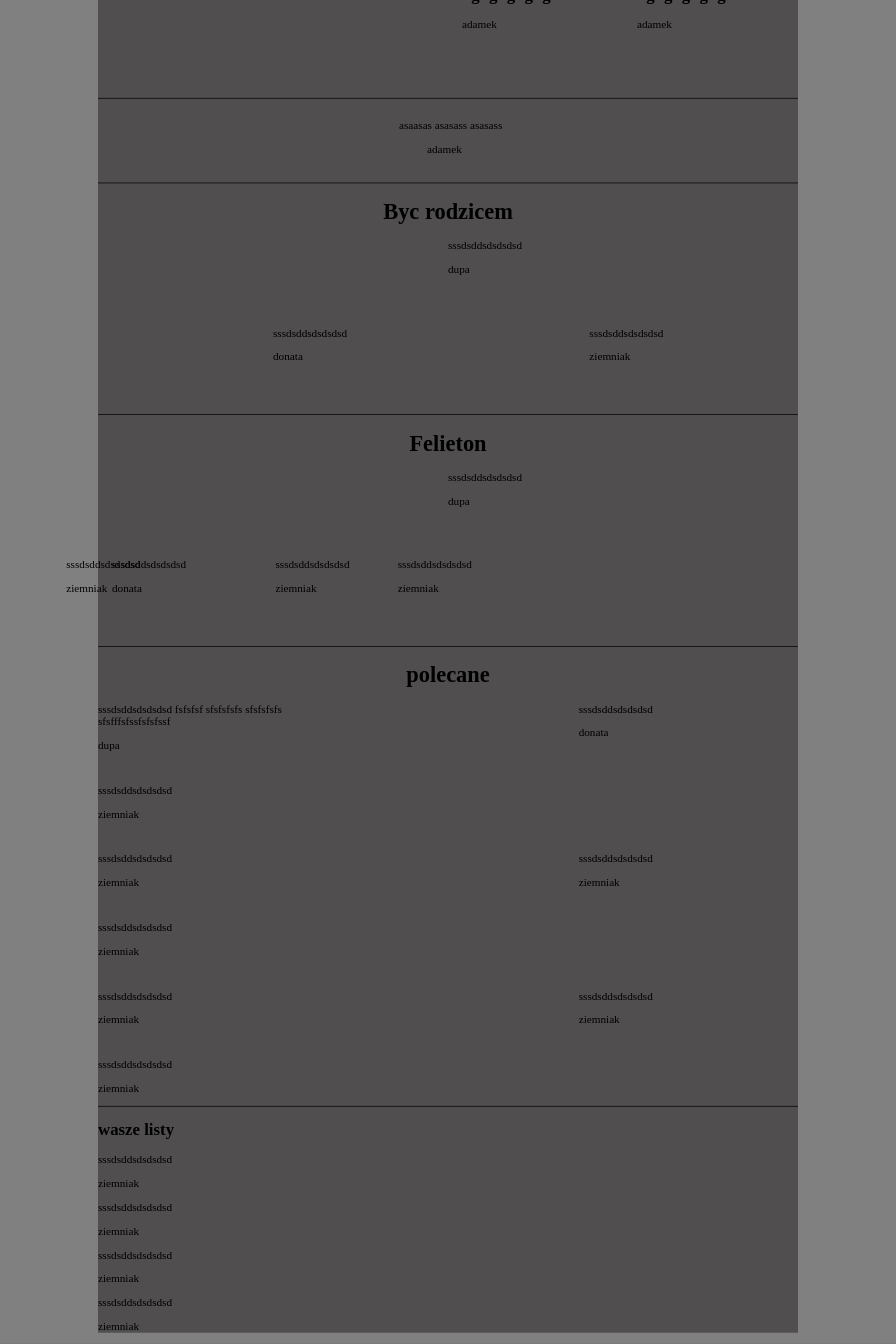
Repository: kq333/pitupitu.pl
Page: index.html
An editor plug-in stored every save of this project. The page is shown before and after the next save, followed by the edit.
The browser window is 1280 px wide. The pictures show the part of the page from y = 837 to 2757 px (the page is 2757 px tall before and 2657 px after), at 70% of full size.
The style sheet was rebuilt from its Sass, Less or Tailwind sources for each picture, by a compiler version that may differ from the author's.

Above is the page before, as saved 2020-11-04 11:22:22.

### index.html
<!DOCTYPE html>
<html lang="en">
<head>
    <meta charset="UTF-8">
    <meta name="viewport" content="width=device-width, initial-scale=1.0">
    <title>Document</title>
    <link rel="stylesheet" href="style/style.css">
</head>
<body>


<div id="container">
  <div id="content">
    <div id=bar>
        <ul class="ul_bar">Wyborcza
            <li>sdsd</li>
            <li>sdsd</li>
            <li>sdsd</li>
            <li>sdsd</li>
            <li>sdsd</li>
            <li>sdsd</li>
            <li>sdsd</li>
        </ul>
        <div class="loging">
            Logowanie
        </div>
    </div>
            <div id="logo"><p>Wysokie Obcasy</p>
                <ul class="ul_bar2">
                    <li>fdf</li>
                    <li>gccvcv</li>
                    <li>hghhgh</li>
                    <li>asaseerr</li>
                    <li>jljkj</li>
                    <li>wewewe</li>
                    <li>hghghh</li>
                </ul>


            </div>


           <div>

                <div class="block_1">
                    <div class="art1">
                        <article>
                        <h1>sdsdsddsdsd fdfdfdfdfdf gdgdgddg dgdgdgdgdgd</h1>


                            <p class="autor_name">adamek</p>
                        </article>
                    </div>

                    <div class="art2">
                            <article>
                                <h1>sdsdsddsdsd fdfdfdfdfdf gdgdgddg dgdgdgdgdgd</h1>


                                <p class="autor_name">adamek</p>
                            </article>
                     </div>
                     <div class="art3">
                            <article>
                                <h1>sdsdsddsdsd fdfdfdfdfdf gdgdgddg dgdgdgdgdgd</h1>


                                <p class="autor_name">adamek</p>
                            </article>
                      </div>
                      <div class="art4">
                            <article>
                                <h1>sdsdsddsdsd fdfdfdfdfdf gdgdgddg dgdgdgdgdgd</h1>


                                <p class="autor_name">adamek</p>
                            </article>
                       </div>
                            <div class="art5">
                                <article>
                                    <h1>sdsdsddsdsd fdfdfdfdfdf gdgdgddg dgdgdgdgdgd</h1>


                                    <p class="autor_name">adamek</p>
                                </article>
                            </div>
                                 <div class="art6">
                                    <article>
                                        <h1>sdsdsddsdsd fdfdfdfdfdf gdgdgddg dgdgdgdgdgd</h1>


                                        <p class="autor_name">adamek</p>
                                    </article>
                                 </div>
                                    <div class="art7">

                                        <article>
                                            <h1>sdsdsddsdsd fdfdfdfdfdf gdgdgddg dgdgdgdgdgd</h1>


                                            <p class="autor_name">adamek</p>
                                        </article>
                                    </div>

                                    <div class="art8">
                                            <article>
                                                <h1>sdsdsddsdsd fdfdfdfdfdf gdgdgddg dgdgdgdgdgd</h1>


                                                <p class="autor_name">adamek</p>
                                            </article>
                                    </div>
                                        <div class="art9">
                                                <article>

                                                    <h1>sdsdsddsdsd fdfdfdfdfdf gdgdgddg dgdgdgdgdgd</h1>


                                                    <p class="autor_name">adamek</p>
                                                </article>
                                        </div>
                </div>


                     <div class="quotes">
                         <p1>asaasas asasass asasass</p1>

                        <p class="autor_name">adamek</p>

                    </div>





                  <div class="section">
                    <header>
                        <h1>Byc rodzicem</h1>

                    </header>
                    </div>


                        <section class="family">


                                <div class="art10">
                                    <article> sssdsddsdsdsdsd
                                        <p class="autor_name">dupa</p>

                                    </article>

                                </div>
                                <div class="art11">
                                        <article> sssdsddsdsdsdsd
                                            <p class="autor_name">donata</p>

                                        </article>
                                </div>
                                    <div class="art12">
                                            <article> sssdsddsdsdsdsd
                                                <p class="autor_name">ziemniak</p>

                                            </article>
                                    </div>

                        </section>

                        <div class="section">
                        <header>
                            <h1>Felieton</h1>
                        </header>
                    </div>

                        <section class="column">

                            <div class="art13">
                                    <article> sssdsddsdsdsdsd
                                        <p class="autor_name">dupa</p>

                                    </article>

                            </div>
                                <div class="art14">
                                    <article> sssdsddsdsdsdsd
                                        <p class="autor_name">donata</p>

                                    </article>
                                </div>
                                     <div class="art15">
                                        <article> sssdsddsdsdsdsd
                                            <p class="autor_name">ziemniak</p>

                                        </article>
                                    </div>

                                        <div class="art16">
                                            <article> sssdsddsdsdsdsd
                                                <p class="autor_name">ziemniak</p>

                                            </article>
                                        </div>

                                        <div class="art17">
                                            <article> sssdsddsdsdsdsd
                                                <p class="autor_name">ziemniak</p>

                                            </article>
                                        </div>

                        </section>
                        <div class="section">
                        <header>
                            <h1>polecane</h1>

                        </header>
                    </div>

                            <section class="recommended">


                                    <div class="art18">
                                        <article> sssdsddsdsdsdsd
                                            fsfsfsf sfsfsfsfs sfsfsfsfs
                                            sfsfffsfssfsfsfssf
                                            <p class="autor_name">dupa</p>

                                        </article>
                                    </div>
                                        <div class="art19">
                                            <article> sssdsddsdsdsdsd
                                                <p class="autor_name">donata</p>

                                            </article>
                                        </div>
                                            <div class="art20">

                                                <article> sssdsddsdsdsdsd
                                                    <p class="autor_name">ziemniak</p>
                                                </article>
                                            </div>
                                                <div class="art21">
                                                    <article> sssdsddsdsdsdsd
                                                        <p class="autor_name">ziemniak</p>
                                                    </article>
                                                </div>
                                                    <div class="art22">
                                                        <article> sssdsddsdsdsdsd
                                                            <p class="autor_name">ziemniak</p>


                                                        </article>
                                                    </div>
                                                        <div class="art23">
                                                            <article> sssdsddsdsdsdsd
                                                                <p class="autor_name">ziemniak</p>


                                                            </article>
                                                        </div>

                                                            <div class="art24">
                                                                <article> sssdsddsdsdsdsd
                                                                    <p class="autor_name">ziemniak</p>


                                                                </article>
                                                            </div>
                                                                <div class="art25">
                                                                    <article> sssdsddsdsdsdsd
                                                                        <p class="autor_name">ziemniak</p>


                                                                    </article>
                                                                </div>
                                                                <div class="art26">
                                                            <article> sssdsddsdsdsdsd
                                                                <p class="autor_name">ziemniak</p>


                                                            </article>
                                                            </div>



                            </section>


                            <section>
                                <header>
                                    <h1>wasze listy</h1>

                                </header>

                                <article> sssdsddsdsdsdsd
                                    <p class="autor_name">ziemniak</p>


                                </article>

                                <article> sssdsddsdsdsdsd
                                    <p class="autor_name">ziemniak</p>


                                </article>

                                <article> sssdsddsdsdsdsd
                                    <p class="autor_name">ziemniak</p>


                                </article>

                                <article> sssdsddsdsdsdsd
                                    <p class="autor_name">ziemniak</p>


                                </article>


                            </section>

                            <footer>


                            </footer>



















































           </main>



  </div>




















</div>
</body>
</html>

### style/style.scss
body{
    background-color: grey;


}
#constainer{
    height: auto;
}

#content{
    margin:auto;
    background-color: rgb(80, 78, 78);
    width:1000px;

}


.ul_bar{
    width:960px;
    height: 40px;
    border-bottom: 1px solid black;


    li{
        list-style-type: none;
    }


}

#bar{
    display:grid;
    grid-template-columns: auto auto;
    width:1000px;



}

#logo{
    border-bottom: 1px solid black;
    width:1000px;
    height: 120px;
    p{
        margin-left:480px;
    }

    .ul_bar2{
        list-style-type: none;
        display:inline-flex;
        gap:55px;
        margin-left:170px;
    }
}

.block_1{
    width:1000px;
    display:grid;
    grid-template-columns: 500px auto auto;
    .art1{
    grid-row-start: 1;
    grid-row-end: 9;
    }
    gap: 20px;
}

.quotes{
    width: 940px;
    height: 60px;
    border-bottom: 1px solid black;
    border-top: 1px solid black;
    padding:30px;

    p1{
        margin-left: 400px;
        margin-top:130px;
    }
    p{
        margin-left: 440px;
    }

}

.section{
    text-align: center;
}
.family{
    width:1000px;
    height: 250px;
    border-bottom: 1px solid black;
    display:grid;
    grid-template-columns: auto auto auto;

    .art10{

        grid-column: 1 /span 3;
        margin-left: 500px;

            }
     .art11{
        margin-left: 250px;
     }

       .art12{
        margin-left: 250px;
     }

     h1{
        margin-left:500px;

    }

}

.column{
    width:1000px;
    height: 250px;
    border-bottom: 1px solid black;
    display:grid;
    grid-template-columns: auto auto auto auto auto;

    .art13{

        grid-column: 1 /span 5;
        margin-left: 500px;

            }
    .art14{
        margin-left: 20px;

     }

    .art15{
        margin-left: -250px;
     }

     .art16{
        margin-left: -30px;
     }

     .art17{
        margin-left: -10px;
     }

    h1{
        margin-left:500px;

        }

}


.recommended{
    width:1000px;
    height: auto;
    border-bottom: 1px solid black;
    display:grid;
    gap:30px;
    grid-template-columns: repeat(3, 1fr);
    grid-template-areas: " art18 .  art19"
                         " art20 .  art19"
                         " art21 . art22"
                         " art23 . art22"
                         " art24 . art25"
                         " art26 . art25"
                         ;




.art18{
grid-area:art18;


}

.art19{
grid-area: art19;

 }

.art20{
grid-area: art20;


 }

.art21{
grid-area: art21;
 }

.art22{
grid-area: art22;
 }

.art23{
grid-area: art23;
 }

.art24{
grid-area: art24;

 }

.art25{
grid-area: art25;
 }

.art26{
grid-area: art26;
 }
};

After the next save:
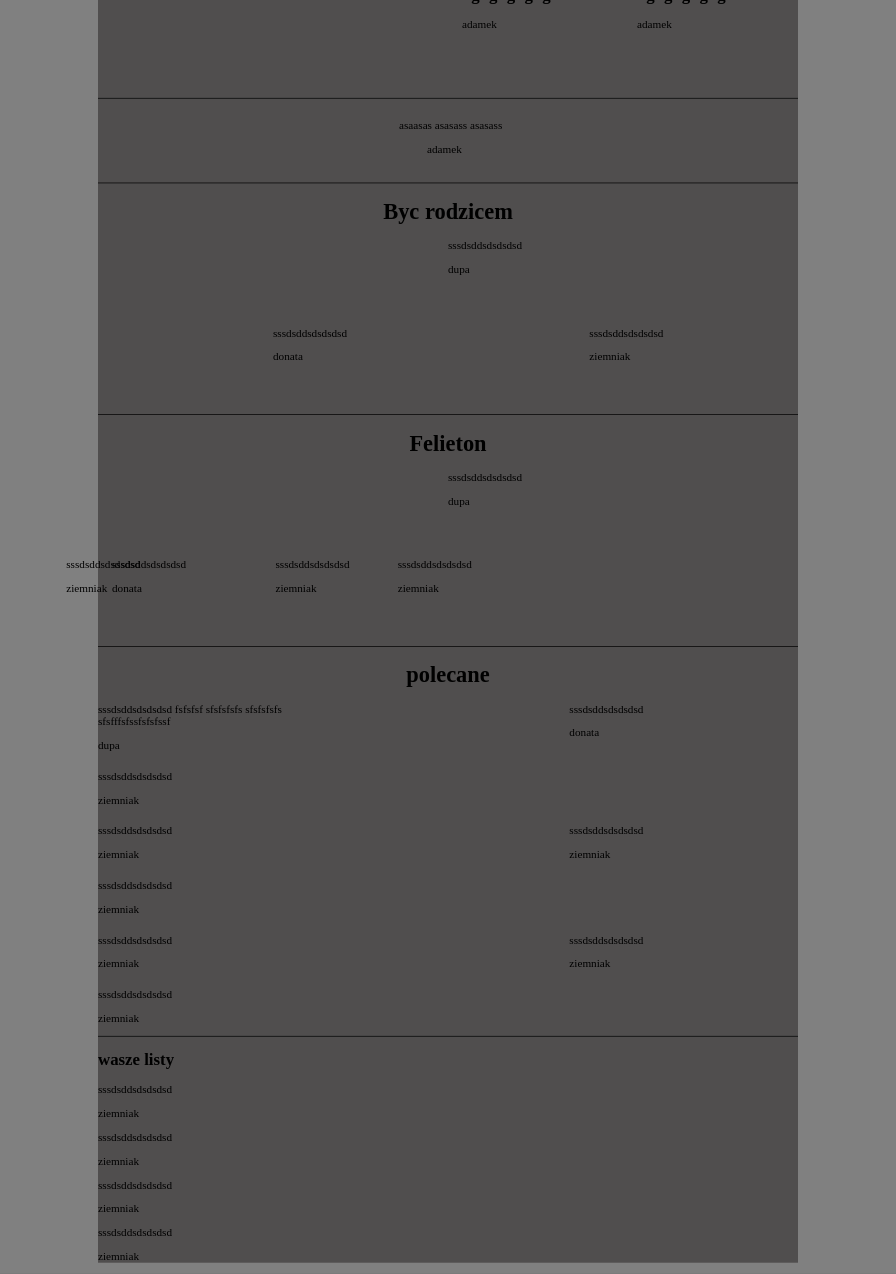
Saved 40 s later.
--- a/style/style.scss
+++ b/style/style.scss
@@ -155,7 +155,7 @@ body{
     height: auto;
     border-bottom: 1px solid black;
     display:grid;
-    gap:30px;
+    gap:10px;
     grid-template-columns: repeat(3, 1fr);
     grid-template-areas: " art18 .  art19"
                          " art20 .  art19"
